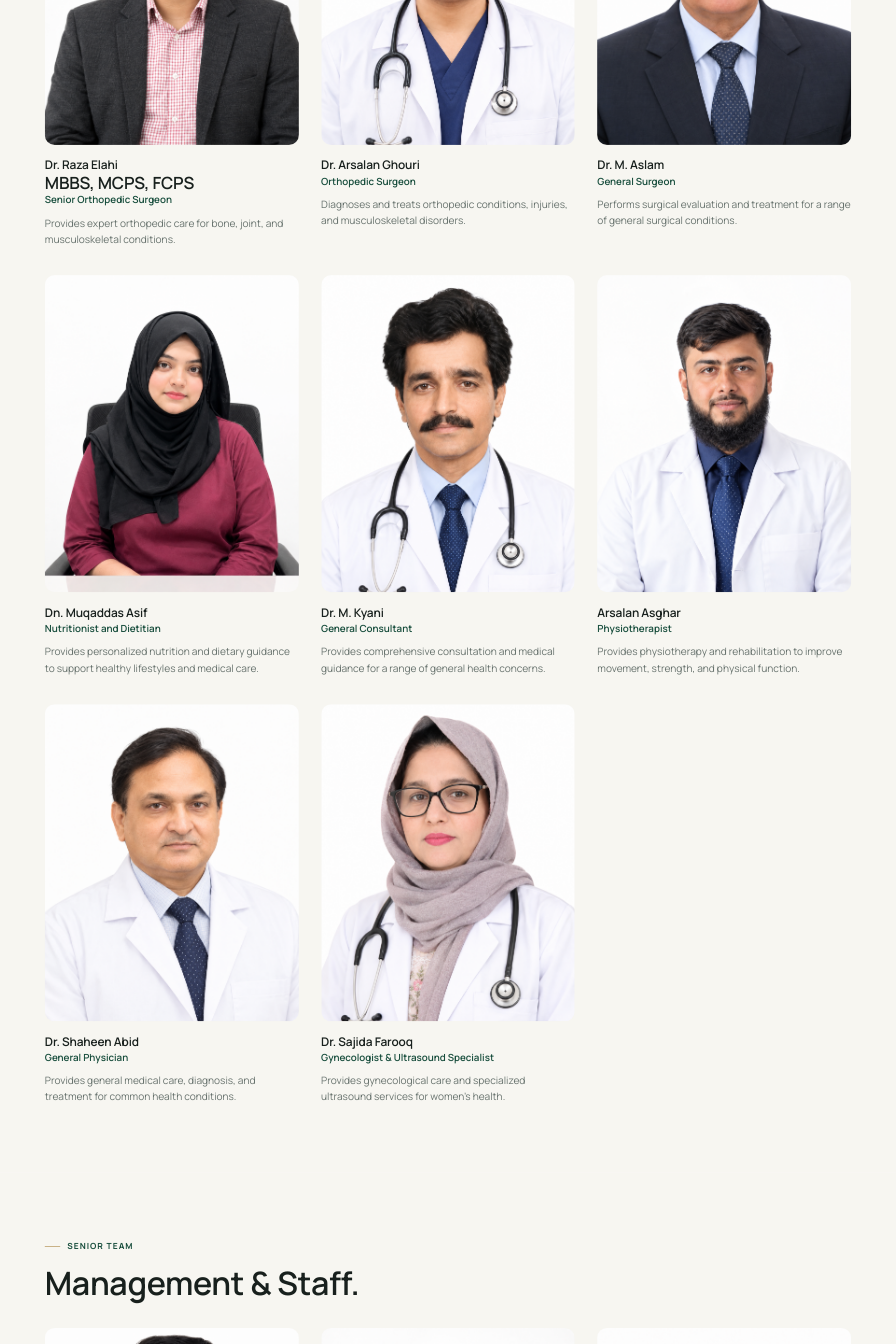
Repository: mraeesaziz45/al-farah
Page: team.html
The author's editor kept a copy of each file at every save. The page is drawn from the files as they stood at one save, then again after the next save.
The browser window is 1280 px wide. The pictures show the part of the page from y = 1800 to 3720 px (the page is 5868 px tall before and 5860 px after), at 70% of full size.

Above is the page before, as saved 2026-09-28 17:57:03.

### team.html
<!DOCTYPE html>
<html lang="en">
<head>
<meta charset="UTF-8">
<meta name="viewport" content="width=device-width, initial-scale=1.0">
<title>Team — Al-Farah Medical Center</title>
<meta name="description" content="Meet the physicians and staff of Al-Farah Medical Center, led by our Founder and Director.">
<meta property="og:title" content="Team — Al-Farah Medical Center">
<meta property="og:description" content="The people behind the care.">
<meta property="og:type" content="website">
<link rel="preconnect" href="https://fonts.googleapis.com">
<link rel="preconnect" href="https://fonts.gstatic.com" crossorigin>
<link href="https://fonts.googleapis.com/css2?family=Manrope:wght@400;500;600;700&family=DM+Serif+Display:ital@0;1&display=swap" rel="stylesheet">
<link rel="stylesheet" href="css/style.css">
</head>
<body>
<a href="#main" class="skip-link">Skip to content</a>

<header class="site-header">
  <div class="container header-inner">
    <a href="index.html" class="logo-link">
      <img src="assets/logo/logo-placeholder.svg" alt="Al-Farah Medical Center" width="180" height="52">
    </a>
    <nav class="main-nav" aria-label="Primary">
      <a href="index.html">Home</a>
      <a href="services.html">Services</a>
      <a href="team.html" aria-current="page">Team</a>
      <a href="about.html">About</a>
      <a href="contact.html">Contact</a>
    </nav>
    <div class="header-actions">
      <a href="contact.html" class="btn btn-primary header-cta-desktop">Book an Appointment</a>
      <button class="menu-toggle" aria-expanded="false" aria-controls="mobileMenu" aria-label="Open menu">
        <span class="bar"></span>
      </button>
    </div>
  </div>
</header>

<div class="mobile-menu" id="mobileMenu">
  <div class="mobile-menu-top">
    <img src="assets/logo/logo-placeholder.svg" alt="Al-Farah Medical Center" width="150" height="44">
    <button class="mobile-menu-close" aria-label="Close menu">
      <svg viewBox="0 0 24 24" fill="none" stroke="currentColor" stroke-width="1.6"><line x1="5" y1="5" x2="19" y2="19"/><line x1="19" y1="5" x2="5" y2="19"/></svg>
    </button>
  </div>
  <nav class="mobile-nav" aria-label="Mobile">
    <a href="index.html">Home</a>
    <a href="services.html">Services</a>
    <a href="team.html" aria-current="page">Team</a>
    <a href="about.html">About</a>
    <a href="contact.html">Contact</a>
  </nav>
  <div class="mobile-menu-cta">
    <a href="contact.html" class="btn btn-primary">Book an Appointment</a>
  </div>
</div>

<main id="main">

  <section class="page-hero dark bg-forest-deep">
    <div class="container">
      <p class="eyebrow" data-reveal>Our People</p>
      <h1 class="page-heading h1" data-reveal>The people behind the care.</h1>
      <p class="body-lg" data-reveal>Al-Farah is led by a small team of physicians and support staff who work together across consultation, diagnostics, and follow-up.</p>
    </div>
  </section>

  <section class="bg-white">
    <div class="container">
      <div class="team-feature">
        <div class="team-feature-media" data-reveal>
          <img src="assets/images/team/director-2.png" alt="Portrait of the Director, placeholder photograph" width="1200" height="1600" loading="lazy" decoding="async">
        </div>
        <div class="team-feature-content" data-reveal>
          <p class="eyebrow">Leadership</p>
          <h2 class="h2">M. Raees Aziz</h2>
          <span class="team-feature-role">Founder &amp; Director</span>
          <p>Mr. M. Raees Aziz founded Al-Farah Medical Center in 2020 with a simple vision, to create a place where patients receive not only consultation and diagnosis, but also clear guidance and genuine care.</p>
          <p>Since 2012, I have been working alongside senior orthopedic surgeons as a surgical assistant, gaining 14 years of practical experience in orthopedic surgical procedures, patient care, and clinical teamwork. This experience has shaped my understanding of the importance of precision, responsibility, and putting the patient first.</p>
          <p>At Al-Farah Medical Center, our aim is simple — to listen carefully, provide the right guidance, and ensure that every patient leaves with greater clarity about their health and the next step in their care.</p>
        </div>
      </div>
    </div>
  </section>

  <section class="bg-cream">
    <div class="container">
      <div class="section-head team-section-label" data-reveal>
        <p class="eyebrow">Our Doctors</p>
        <h2 class="h2">Consultants and Surgeons.</h2>
      </div>
      <div class="team-grid" data-reveal-group>
        <div class="team-card" data-reveal>
          <div class="team-card-media">
            <img src="assets/images/team/dr-raza-elahi.png" alt="Portrait placeholder for the clinic accountant" width="1000" height="1250" loading="lazy" decoding="async">
          </div>
          <h3 class="h4">Dr. Raza Elahi</h3>
          <h2 class="h5">MBBS, MCPS, FCPS</h2>
          <span class="role">Senior Orthopedic Surgeon</span>
          <p class="bio">Provides expert orthopedic care for bone, joint, and musculoskeletal conditions.</p>
        </div>
        <div class="team-card" data-reveal>
          <div class="team-card-media">
            <img src="assets/images/team/arsalan-ghori.png" alt="Portrait placeholder for a radiologist" width="1000" height="1250" loading="lazy" decoding="async">
          </div>
          <h3 class="h4">Dr. Arsalan Ghouri</h3>
          <span class="role">Orthopedic Surgeon</span>
          <p class="bio">Diagnoses and treats orthopedic conditions, injuries, and musculoskeletal disorders.</p>
        </div>
        <div class="team-card" data-reveal>
          <div class="team-card-media">
            <img src="assets/images/team/dr-aslam.png" alt="Portrait placeholder for a radiologist" width="1000" height="1250" loading="lazy" decoding="async">
          </div>
          <h3 class="h4">Dr. M. Aslam</h3>
          <span class="role">General Surgeon</span>
          <p class="bio">Performs surgical evaluation and treatment for a range of general surgical conditions.</p>
        </div>
        <div class="team-card" data-reveal>
          <div class="team-card-media">
            <img src="assets/images/team/muqaddas-asif.png" alt="Portrait placeholder for a radiologist" width="1000" height="1250" loading="lazy" decoding="async">
          </div>
          <h3 class="h4">Dn. Muqaddas Asif</h3>
          <span class="role">Nutritionist and Dietitian</span>
          <p class="bio">Provides personalized nutrition and dietary guidance to support healthy lifestyles and medical care.</p>
        </div>
        <div class="team-card" data-reveal>
          <div class="team-card-media">
            <img src="assets/images/team/dr-kyani.png" alt="Portrait placeholder for a radiologist" width="1000" height="1250" loading="lazy" decoding="async">
          </div>
          <h3 class="h4">Dr. M. Kyani</h3>
          <span class="role">General Consultant</span>
          <p class="bio">Provides comprehensive consultation and medical guidance for a range of general health concerns.</p>
        </div>
        <div class="team-card" data-reveal>
          <div class="team-card-media">
            <img src="assets/images/team/arsalan.png" alt="Portrait placeholder for a radiologist" width="1000" height="1250" loading="lazy" decoding="async">
          </div>
          <h3 class="h4">Arsalan Asghar</h3>
          <span class="role">Physiotherapist</span>
          <p class="bio">Provides physiotherapy and rehabilitation to improve movement, strength, and physical function.</p>
        </div>
        <div class="team-card" data-reveal>
          <div class="team-card-media">
            <img src="assets/images/team/dr-shaheen-abid.png" alt="Portrait placeholder for a radiologist" width="1000" height="1250" loading="lazy" decoding="async">
          </div>
          <h3 class="h4">Dr. Shaheen Abid</h3>
          <span class="role">General Physician</span>
          <p class="bio">Provides general medical care, diagnosis, and treatment for common health conditions.</p>
        </div>
        <div class="team-card" data-reveal>
          <div class="team-card-media">
            <img src="assets/images/team/dr-sajida.png" alt="Portrait placeholder for a radiologist" width="1000" height="1250" loading="lazy" decoding="async">
          </div>
          <h3 class="h4">Dr. Sajida Farooq</h3>
          <span class="role">Gynecologist &amp; Ultrasound Specialist</span>
          <p class="bio">Provides gynecological care and specialized ultrasound services for women’s health.</p>
        </div>

      </div>
    </div>
  </section>

  <section class="bg-cream">
    <div class="container">
      <div class="section-head team-section-label" data-reveal>
        <p class="eyebrow">Senior Team</p>
        <h2 class="h2">Management & Staff.</h2>
      </div>
      <div class="team-grid" data-reveal-group>
        <div class="team-card" data-reveal>
          <div class="team-card-media">
            <img src="assets/images/team/hafiz-khushi.png" alt="Portrait placeholder for the clinic accountant" width="1000" height="1250" loading="lazy" decoding="async">
          </div>
          <h3 class="h4">Hafiz M. Khuhsi</h3>
          <span class="role">Head Manager</span>
          <p class="bio">Oversees the center’s financial operations, billing, and administrative accounts.</p>
        </div>
        <div class="team-card" data-reveal>
          <div class="team-card-media">
            <img src="assets/images/team/benazir.png" alt="Portrait placeholder for a radiologist" width="1000" height="1250" loading="lazy" decoding="async">
          </div>
          <h3 class="h4">Benazir Aziz</h3>
          <span class="role">Accountant</span>
          <p class="bio">Manages accounting, financial records, and billing activities for the center.</p>
        </div>
        <div class="team-card" data-reveal>
          <div class="team-card-media">
            <img src="assets/images/team/aneela-tabassum.png" alt="Portrait placeholder for a radiologist" width="1000" height="1250" loading="lazy" decoding="async">
          </div>
          <h3 class="h4">Anila Tabassum</h3>
          <span class="role">HR Manager</span>
          <p class="bio">Manages human resources, staff coordination, and employee administration.</p>
        </div>
        <div class="team-card" data-reveal>
          <div class="team-card-media">
            <img src="assets/images/team/abdul-isalm.png" alt="Portrait placeholder for a radiologist" width="1000" height="1250" loading="lazy" decoding="async">
          </div>
          <h3 class="h4">Abdul Islam</h3>
          <span class="role">Marketing Executive</span>
          <p class="bio">Promotes the center’s healthcare services and manages marketing activities.</p>
        </div>
        <div class="team-card" data-reveal>
          <div class="team-card-media">
            <img src="assets/images/team/sarfaraz-ahmad.png" alt="Portrait placeholder for a radiologist" width="1000" height="1250" loading="lazy" decoding="async">
          </div>
          <h3 class="h4">M. Sarfaraz Ahmad</h3>
          <span class="role">Marketing Manager</span>
          <p class="bio">Develops marketing strategies and builds relationships to promote the center’s services.</p>
        </div>
      </div>
    </div>
  </section>

  <section class="cta-band bg-forest">
    <div class="container">
      <h2 class="h2" data-reveal>When your health matters, every detail matters.</h2>
      <p class="body-lg" data-reveal>Arrange a consultation with a member of the Al-Farah team.</p>
      <div class="cta-row" data-reveal>
        <a href="contact.html" class="btn btn-primary">Book an Appointment</a>
      </div>
    </div>
  </section>

</main>

<footer class="site-footer">
  <div class="container footer-grid">
    <div>
      <img src="assets/logo/logo-placeholder-light.svg" alt="Al-Farah Medical Center" class="footer-logo" width="170" height="50">
      <p class="footer-about">Al-Farah Medical Center provides trusted medical care with an emphasis on expertise, dignity, and patient-centered service.</p>
    </div>
    <div class="footer-col">
      <p class="footer-col-title">Navigation</p>
      <ul>
        <li><a href="index.html">Home</a></li>
        <li><a href="services.html">Services</a></li>
        <li><a href="team.html">Team</a></li>
        <li><a href="about.html">About</a></li>
        <li><a href="contact.html">Contact</a></li>
      </ul>
    </div>
    <div class="footer-col">
      <p class="footer-col-title">Services</p>
      <ul>
        <li><a href="services.html#radiology">Radiology</a></li>
        <li><a href="services.html#consultation">Consultation</a></li>
        <li><a href="services.html#laboratory">Diagnostics</a></li>
        <li><a href="services.html#specialist">Specialist Care</a></li>
      </ul>
    </div>
    <div class="footer-col">
      <p class="footer-col-title">Contact</p>
      <ul>
        <li>[Clinic Address Placeholder]</li>
        <li>[Phone Number Placeholder]</li>
        <li>[Email Address Placeholder]</li>
        <li>[Opening Hours Placeholder]</li>
      </ul>
    </div>
  </div>
  <div class="container footer-bottom">
    <p>&copy; 2026 Al-Farah Medical Center</p>
    <div class="footer-legal">
      <a href="#">Privacy Policy</a>
      <a href="#">Terms</a>
    </div>
  </div>
</footer>

<script src="js/main.js"></script>
</body>
</html>

Loaded but not shown: js/main.js (276 lines, source omitted); css/style.css (1057 lines, source omitted)

After the next save:
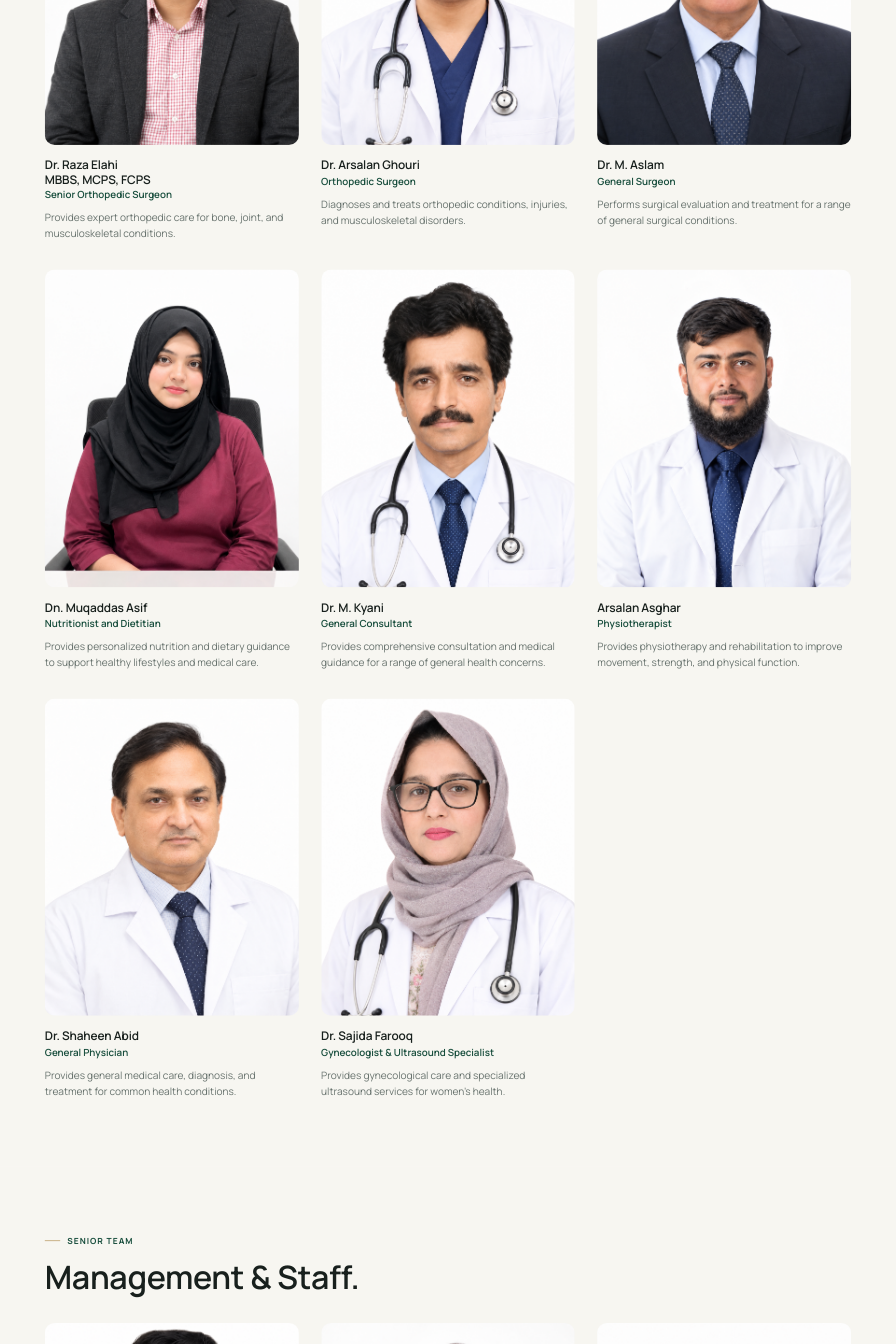
Saved 21 s later.
--- a/team.html
+++ b/team.html
@@ -96,7 +96,7 @@
             <img src="assets/images/team/dr-raza-elahi.png" alt="Portrait placeholder for the clinic accountant" width="1000" height="1250" loading="lazy" decoding="async">
           </div>
           <h3 class="h4">Dr. Raza Elahi</h3>
-          <h2 class="h5">MBBS, MCPS, FCPS</h2>
+          <h4 class="h4">MBBS, MCPS, FCPS</h2>
           <span class="role">Senior Orthopedic Surgeon</span>
           <p class="bio">Provides expert orthopedic care for bone, joint, and musculoskeletal conditions.</p>
         </div>
